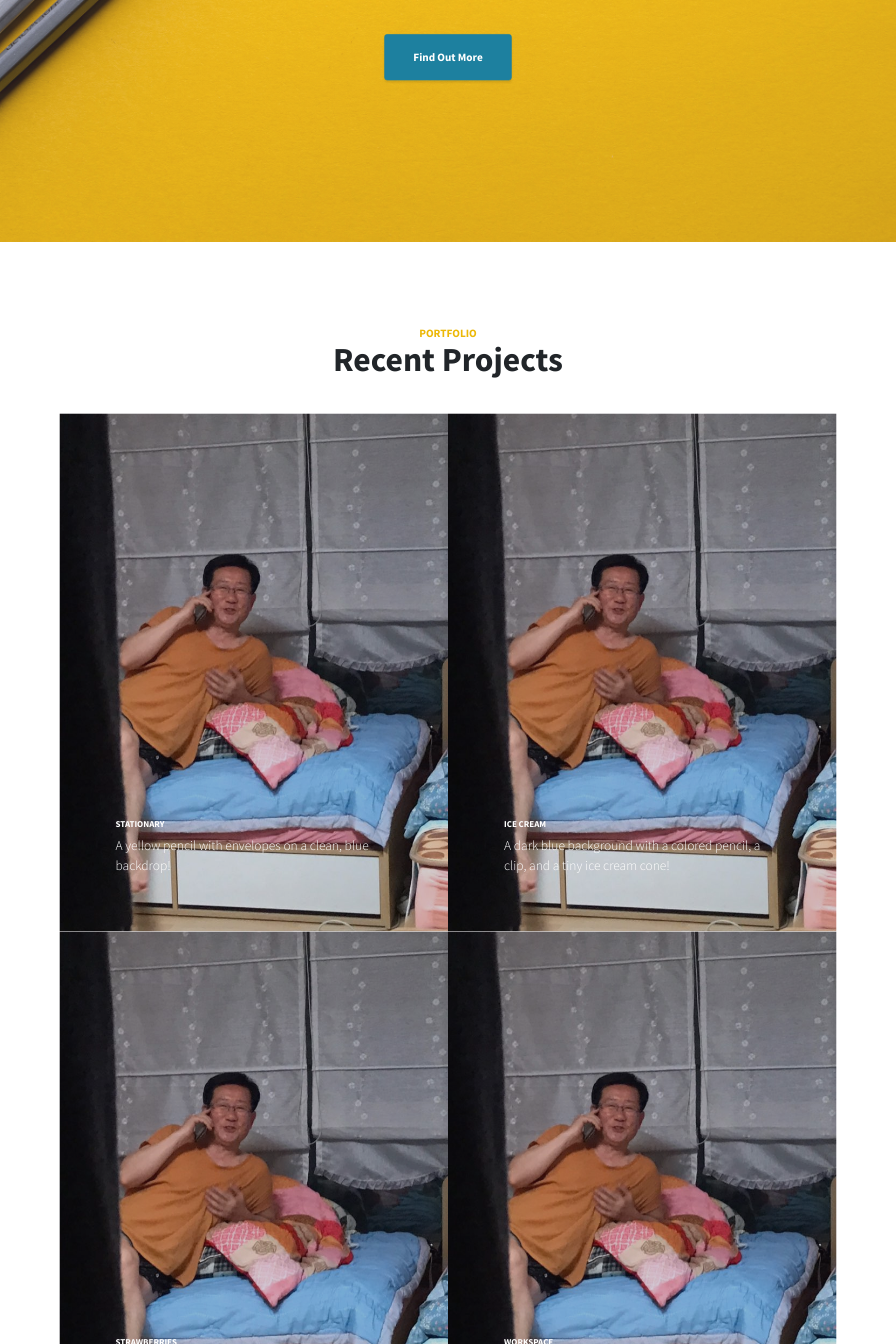
Repository: seungminlll3420/ruby_on_rails
Page: 가족/index.html
The author's editor kept a record of every edit. The page is drawn from the files as they stood at one moment, then again after the next edit.
The browser window is 1280 px wide. The pictures show the part of the page from y = 374 to 2294 px (the page is 3704 px tall), at 70% of full size.

Above is the page before.

After the next edit:
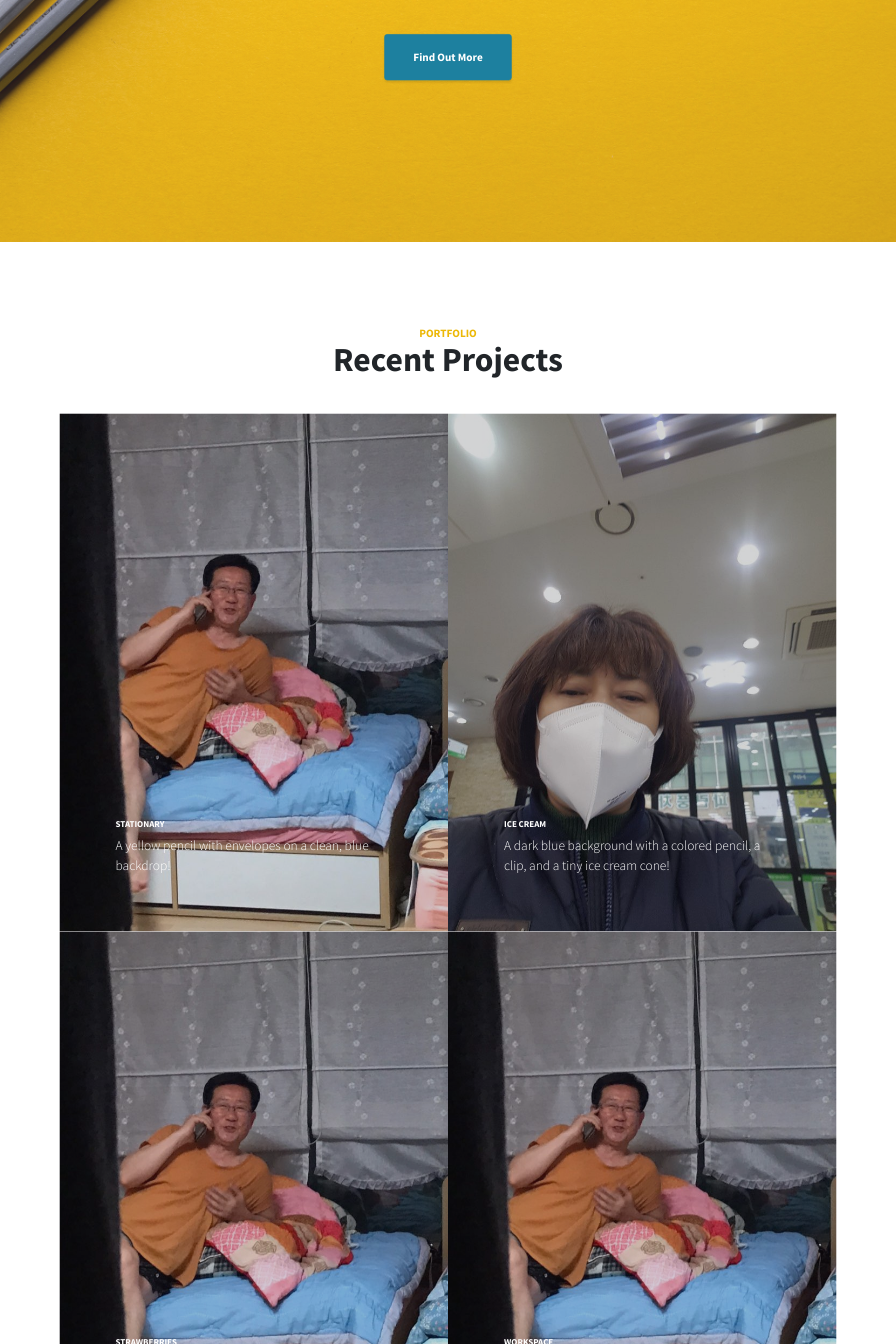
The edit:
--- a/가족/index.html
+++ b/가족/index.html
@@ -100,7 +100,7 @@
                 <p class="mb-0">A dark blue background with a colored pencil, a clip, and a tiny ice cream cone!</p>
               </span>
             </span>
-            <img class="img-fluid" src="./../img/이종호.jpg" alt="">
+            <img class="img-fluid" src="./../img/길숙희.jpg" alt="">
           </a>
         </div>
         <div class="col-lg-6">
